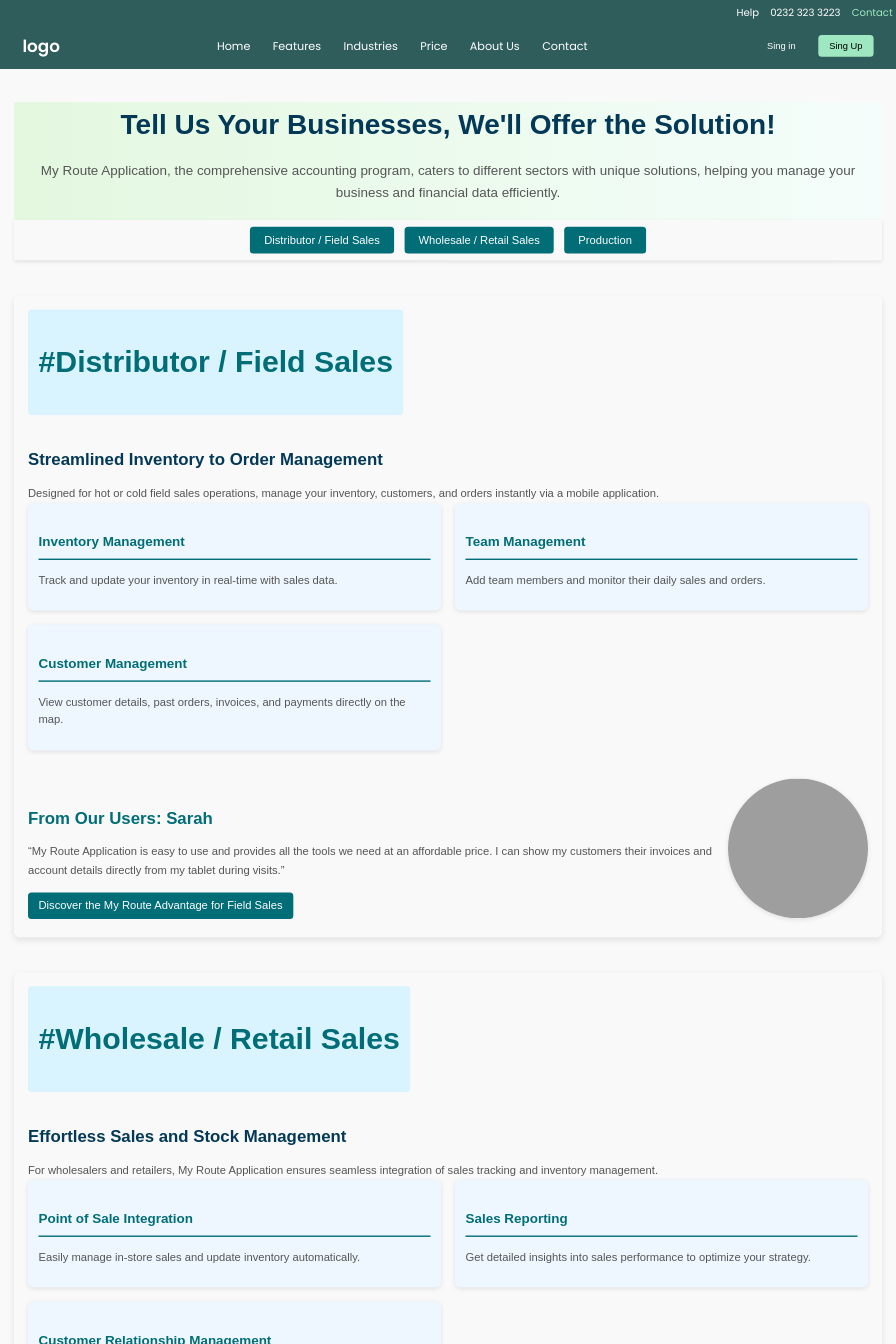
Repository: senolinanyasar/myrouteapplication
Page: /industries
These files come from the project's save history. The page is drawn as it stood at one moment and after the next save; the edit follows.
The browser window is 1280 px wide. The pictures show the part of the page from y = 0 to 1920 px (the page is 3764 px tall before and 3406 px after), at 70% of full size.
Pictures or frames that could not be fetched are drawn as grey boxes. The project was rebuilt for these pictures with package versions that can differ from the ones it lists, and the page was loaded fresh each time. Also part of the build but not shown: vite.config.js, src/components/HeroSection.css, src/components/HeroSection.js, src/components/FeaturesSection.css, src/components/FeaturesSection.js, src/components/PricingSection.css, src/components/PricingSection.js, src/components/SupportSection.css and 6 more.

Above is the page before, as saved 2024-11-17 22:48:01.

### src/index.css
@import url('https://fonts.googleapis.com/css2?family=Poppins:wght@400;600&display=swap');

body {
  font-family: 'Poppins', sans-serif;
  color: #264653;
  background-color: #f1faee;
  margin: 0;
  padding: 0;
  box-sizing: border-box;
}

code {
  font-family: source-code-pro, Menlo, Monaco, Consolas, 'Courier New',
    monospace;
}

### src/App.js
import React from 'react';
import { BrowserRouter as Router, Route, Routes } from 'react-router-dom';
import Header from './components/Header';
import HomePage from './components/HomePage';
import PricingPage from './components/PricingPage';
import TopBar from './components/TopBar';
import Footer from './components/Footer';
import IndustriesPage from './components/IndustriesPage';


function App() {
  return (
    <Router>
      <TopBar/>
      <Header />
      <Routes>
        <Route path='/' element={<HomePage />} />
        <Route path='/pricing' element={<PricingPage />} />
        <Route path='/industries' element={<IndustriesPage />} />
      </Routes>
      <Footer/>
    </Router>

  );
}

export default App;

### src/components/Header.js
// Header.js
import React from 'react';
import './Header.css';
import { Link } from 'react-router-dom';

const Header = () => {
    return (
        <header className="header">
            <div className="header-logo">logo</div>
            <nav className="header-nav">

                    <Link to="/">Home</Link>
                    <Link to="/features">Features</Link>
                    <Link to="/industries">Industries</Link>
                    <Link to="/pricing">Price</Link>
                    <Link to="/aboutus">About Us</Link>
                    <Link to="/contact">Contact</Link>



            </nav>
            <div className="header-buttons">
                <button className="login-button">Sing in</button>
                <button className="register-button">Sing Up</button>
            </div>
        </header>
    );
};


export default Header;

### src/components/TopBar.js
// TopBar.js
import React from 'react';
import './TopBar.css';

const TopBar = () => {
    return (
        <div className="top-bar">
            <div className="top-bar-content">
                <span>Help</span>
                <span>0232 323 3223</span>
                <a href="#contact">Contact</a>
            </div>
        </div>
    );
};

export default TopBar;

### src/components/Footer.js
// Footer.js

import React from 'react';
import './Footer.css';
import { FaFacebook, FaInstagram, FaLinkedin, FaTwitter, FaYoutube } from 'react-icons/fa';

const Footer = () => {
    return (
        <footer className="footer">
            <div className='footer-content'>
                <div className='footer-left'>
                    <div className='footer-logo'>
                        <h2>My Route Application</h2>
                    </div>
                    <p>Kazımdirik Mahallesi, Üniversite <br />Caddesi Ağaçlı Yol No: 37-39, <br />35100 Bornova/İzmir</p>
                    <div className='social-icons'>
                        <FaFacebook />
                        <FaTwitter />
                        <FaInstagram />
                        <FaLinkedin />
                        <FaYoutube />
                    </div>
                </div>

                <div className="footer-right">
                <br/><br/><br/><br/>
                    <div className='footer-section'>
                        <h4>Features</h4>
                        <ul>
                            <li>Location-Based Customer Search</li>
                            <li>Customer Management</li>
                            <li>Customer Tracking</li>
                            <li>Sales Tracking</li>
                            <li>Basic Accounting</li>
                            <li>Inventory Tracking</li>
                            <li>Reporting</li>
                        </ul>
                    </div>

                    <div className="footer-section">
                        <h4>Privileges</h4>
                        <ul>
                            <li>Industries</li>
                            <li>Pricing</li>
                            <li>Support</li>
                        </ul>
                    </div>

                    <div className="footer-section">
                        <h4>About Us</h4>
                        <ul>
                            <li>Privacy Policy</li>
                            <li>KVKK Disclosure Text</li>
                        </ul>
                    </div>
                </div>
            </div>

            <div className="footer-bottom">
                <p>&copy; 2024 My Route Application. All rights reserved.</p>
            </div>
        </footer>
    );
};

export default Footer;

### src/components/IndustriesPage.js
import React from "react";
import './IndustriesPage.css';

const industries = [
    {
        id: 'distributor',
        title: 'Distributor / Field Sales',
        header: 'Streamlined Inventory to Order Management',
        description:
            'Designed for hot or cold field sales operations, manage your inventory, customers, and orders instantly via a mobile application.',
        features: [
            {
                title: 'Inventory Management',
                description: 'Track and update your inventory in real-time with sales data.',
            },
            {
                title: 'Team Management',
                description: 'Add team members and monitor their daily sales and orders.',
            },
            {
                title: 'Customer Management',
                description:
                    'View customer details, past orders, invoices, and payments directly on the map.',
            },
        ],
        testimonial: {
            name: 'From Our Users: Sarah',
            feedback:
                '“My Route Application is easy to use and provides all the tools we need at an affordable price. I can show my customers their invoices and account details directly from my tablet during visits.”',
            button: 'Discover the My Route Advantage for Field Sales',
        },
    },
    {
        id: 'wholesale',
        title: 'Wholesale / Retail Sales',
        header: 'Effortless Sales and Stock Management',
        description:
            'For wholesalers and retailers, My Route Application ensures seamless integration of sales tracking and inventory management.',
        features: [
            {
                title: 'Point of Sale Integration',
                description: 'Easily manage in-store sales and update inventory automatically.',
            },
            {
                title: 'Sales Reporting',
                description:
                    'Get detailed insights into sales performance to optimize your strategy.',
            },
            {
                title: 'Customer Relationship Management',
                description: 'Build and nurture relationships with your customers effectively.',
            },
        ],
        testimonial: {
            name: 'From Our Users: John',
            feedback:
                '“My Route Application has revolutionized how we track and manage sales. It’s intuitive, reliable, and a great value for money.”',
            button: 'Discover the My Route Advantage for Retail',
        },
    },
    {
        id: 'production',
        title: 'Production',
        header: 'From Materials to Final Products',
        description:
            'Manage every stage of your production process efficiently, from raw materials to finished goods.',
        features: [
            {
                title: 'Raw Material Tracking',
                description:
                    'Track and manage your raw materials inventory to avoid shortages.',
            },
            {
                title: 'Production Scheduling',
                description: 'Plan and execute production schedules with precision.',
            },
            {
                title: 'Cost Analysis',
                description:
                    'Analyze production costs to optimize your budget and increase profitability.',
            },
        ],
        testimonial: {
            name: 'From Our Users: Linda',
            feedback:
                '“With My Route Application, managing our production pipeline has become so much easier. We can now track every stage of the process in real-time.”',
            button: 'Discover the My Route Advantage for Production',
        },
    },
];

const IndustriesPage = () => {
    return (
        <div className="industries-page">
            <div className="industries-header">
                <h1>Tell Us Your Businesses, We'll Offer the Solution!</h1>
                <p>My Route Application, the comprehensive accounting program, caters to different sectors with unique
                solutions, helping you manage your business and financial data efficiently.</p>
                <div className="industries-buttons">
                    {industries.map((industry) => (
                        <button
                            key={industry.id}
                            className="industry-button"
                            onClick={() => document.getElementById(industry.id).scrollIntoView({ behavior: 'smooth' })}
                        >
                            {industry.title}
                        </button>
                    ))}
                </div>
            </div>
            {industries.map((industry) => (
                <section key={industry.id} id={industry.id} className="industry-section">
                    <div className="industry-title-box">
                        <h2>#{industry.title}</h2>
                    </div>
                    <h3 className="industry-header">{industry.header}</h3>
                    <p className="industry-description">{industry.description}</p>
                    <div className="industry-features">
                        {industry.features.map((feature, index) => (
                            <div key={index} className="industry-feature">
                                <h4>{feature.title}</h4>
                                <div className="feature-divider"></div>
                                <p>{feature.description}</p>
                            </div>
                        ))}
                    </div>
                    <div className="industry-testimonial">
                        <div className="testimonial-text">
                            <h4>{industry.testimonial.name}</h4>
                            <p>{industry.testimonial.feedback}</p>
                            <button className="testimonial-button">{industry.testimonial.button}</button>
                        </div>
                        <div className="testimonial-image">
                            <img src={`images/${industry.id}.jpg`} alt={industry.testimonial.name} />
                        </div>
                    </div>
                </section>
            ))}
        </div>
    );
};


export default IndustriesPage;

### src/components/Header.css
/* Header.css */
.header{
    display: flex;
    justify-content: space-between;
    align-items: center;
    padding: 1rem 2rem;
    background-color: #2f5d5b;
    color: white;
    margin-top: 2rem;
    position: sticky;
    top: 2rem;
    z-index: 999;
}


.header-logo {
    font-size: 1.5rem;
    font-weight: bold;
}
.header-nav a{
    margin: 0 1rem;
    color: white;
    text-decoration: none;
}
.header-nav a:hover {
    color: #e9c46a;
  }

.header-buttons button{
    margin-left: 1rem;
    padding: 0.5rem 1rem;
    border: none;
    border-radius: 5px;
}

.login-button{
    background-color: #2f5d5b;
    color: white;
}

.register-button{
    background-color: #9fe7c0;
    color: black;
}

### src/components/TopBar.css
/* TopBar.css */

.top-bar {
    background-color: #2f5d5b;
    color: white;
    padding: 0.5rem;
    font-size: 0.9rem;
    display: flex;
    justify-content: center;
    position: fixed;
    top: 0;
    width: 99%;
    z-index: 1000;
}
.top-bar-content {
    display: flex;
    gap: 1rem;
    align-items: center;
    justify-content: flex-end;
    width: 100%;
}

.top-bar-content span{
    color: #ffffff;
}
.top-bar-content a{
    color: #9fe7c0;
    text-decoration: none;
    transition: color 0.3s;
}

.top-bar-content a:hover{
    color: #c3f2d0;
}

### src/components/Footer.css
/* Footer.css */

.footer {
    background-color: #264653;
    color: #ffffff;
    padding: 3rem 2rem;
}
.footer-content{
    display: flex;
    max-width: 1200px;
    justify-content: space-around;
    margin: 0 auto;
}

.footerleft{
    flex: 1;
    max-width: 300px;
}

.footer-logo h2{
    font-size: 1.5rem;
    color: #ffffff;
    margin-bottom: 2rem;
}


.footer-left p{
    color: #c3c3c3;
    font-size: 0.9rem;
    margin-bottom: 2.5rem;
}

.social-icons{
    display: flex;
    gap: 1rem;
    font-size: 1.2rem;
}


.social-icons svg{
    color: #9fe7c0;
    cursor: pointer;
    transition: color 0.3s ease;
}
.social-icons svg:hover {
    color: #c3f2d0;
}

.footer-right{
    display: flex;
    gap: 3rem;
    flex: 2;
    margin-left: 5rem;
}

.footer-section{
    text-align: left;
}
.footer-section h4{
    font-size: 1.2rem;
    color: #9fe7c0;
    margin-bottom: 1rem;
}
.footer-section ul{
    list-style: none;
    padding: 0;
    margin: 0;

}

.footer-section ul li{
    font-size: 0.9rem;
    margin-bottom: 0.5rem;
    color: #c3c3c3;
    cursor: pointer;
    transition: color 0.3s ease;
}

.footer-sectionul li:hover{
    color: #ffffff;
}

.footer-bottom{
    text-align: center;
    font-size: 0.8rem;
    color: #c3c3c3;
    margin-top: 2rem;
}

### src/components/IndustriesPage.css
/* IndustriesPage.css */

.industries-page {
    font-family: 'Arial', sans-serif;
    padding: 20px;
    line-height: 1.6;
    background-color: #f9f9f9;
}

.industries-header {
    text-align: center;
    margin-bottom: 30px;
    position: relative;
    z-index: 10;
    background: linear-gradient(to right, #e3f8df, #f4fdfb);
}

.industries-header h1 {
    font-size: 2.5rem;
    margin-bottom: 1rem;
    color: #033956;
}

.industries-header p {
    font-size: 1.2rem;
    color: #555;
    margin-bottom: 1.5rem;
}

.industries-buttons {
    display: flex;
    justify-content: center;
    gap: 15px;
    position: sticky;
    top: 0;
    z-index: 100;
    background-color: #f9f9f9;
    padding: 10px 0;
    box-shadow: 0 2px 5px rgba(0, 0, 0, 0.1);
}

.industry-button {
    padding: 10px 20px;
    border: none;
    border-radius: 5px;
    background-color: #006d77;
    color: #fff;
    cursor: pointer;
    font-size: 1rem;
    transition: background-color 0.3s;
}

.industry-button:hover {
    background-color: #005259;
}

.industry-section {
    padding: 20px;
    margin: 50px 0;
    background-color: #f9f9f9;
    border-radius: 8px;
    box-shadow: 0 4px 10px rgba(0, 0, 0, 0.1);
}

.industry-title-box {
    font-size: 1.8rem;
    background-color: #d9f3ff;
    color: #006d77;
    padding: 5px 15px;
    display: inline-block;
    border-radius: 5px;
    margin-bottom: 20px;
}

.industry-header {
    font-size: 1.5rem;
    margin-bottom: 10px;
    color: #033956;
    font-weight: bold;
}

.industry-description {
    font-size: 1rem;
    margin-bottom: 1.30px;
    color: #555;
}

.industry-features {
    display: grid;
    grid-template-columns: 1fr 1fr;
    gap: 20px;
    margin-bottom: 40px;
}
.industry-feature {
    background-color: #eef7ff;
    padding: 15px;
    border-radius: 8px;
    box-shadow: 0 2px 8px rgba(0, 0, 0, 0.1);
}
.industry-feature h4 {
    font-size: 1.2rem;
    margin-bottom: 8px;
    color: #006d77;

}

.feature-divider {
    width: 100%;
    height: 2px;
    background-color: #006d77;
    margin-bottom: 10px;
}
.industry-feature p {
    font-size: 1rem;
    color: #555;
}

.industry-testimonial {
    display: flex;
    justify-content: space-between;
    align-items: center;
    gap: 20px;
}

.testimonial-text {
    flex: 1;
}

.testimonial-text h4 {
    font-size: 1.5rem;
    margin-bottom: 10px;
    color: #006d77;
    margin-bottom: 10px;
}

.testimonial-text p {
    margin-bottom: 20px;
    color: #555;
    font-size: 1rem;
}

.testimonial-button {
    padding: 10px 15px;
    border: none;
    background-color: #006d77;
    color: white;
    border-radius: 5px;
    cursor: pointer;
    font-size: 1rem;
    transition: background-color 0.3s ease;
}
.testimonial-button:hover {
    background-color: #005f87;
}
.testimonial-image img {
    width: 200px;
    height: 200px;
    object-fit: cover;
    border-radius: 50%;
    box-shadow: 0 2px 8px rgba(0, 0, 0, 0.1);
}
footer {
    margin-top: 40px;
}

Loaded but not shown: public/index.html (common file); src/index.js (common file); src/reportWebVitals.js (common file)

After the next save:
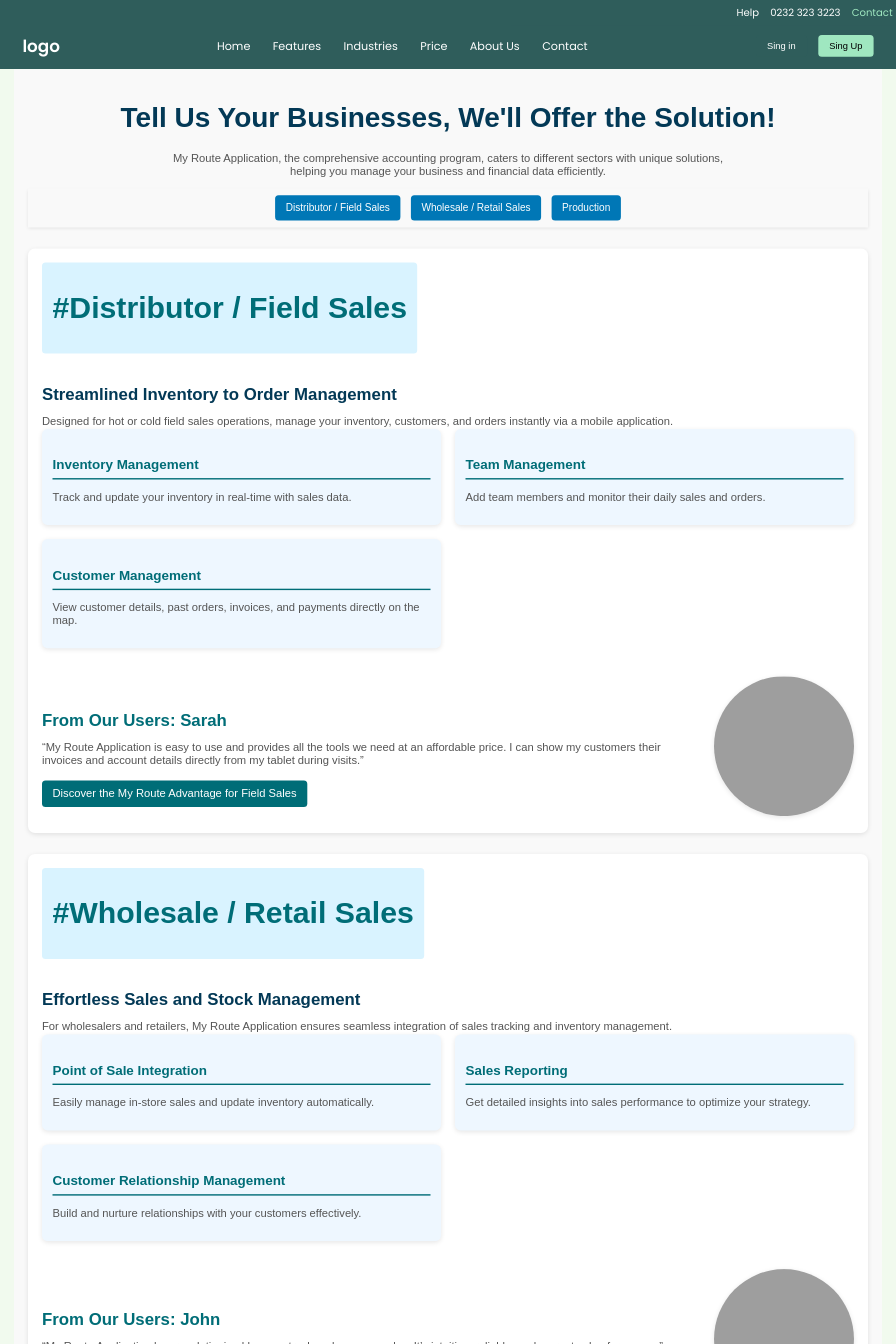
Saved 13 min 16 s later.
--- a/src/components/IndustriesPage.css
+++ b/src/components/IndustriesPage.css
@@ -3,28 +3,26 @@
 .industries-page {
     font-family: 'Arial', sans-serif;
     padding: 20px;
-    line-height: 1.6;
+    max-width: 1200px;
     background-color: #f9f9f9;
+    margin: 0 auto;
 }
 
 .industries-header {
     text-align: center;
     margin-bottom: 30px;
-    position: relative;
-    z-index: 10;
-    background: linear-gradient(to right, #e3f8df, #f4fdfb);
 }
 
 .industries-header h1 {
     font-size: 2.5rem;
-    margin-bottom: 1rem;
     color: #033956;
 }
 
 .industries-header p {
-    font-size: 1.2rem;
+    font-size: 1rem;
     color: #555;
-    margin-bottom: 1.5rem;
+    margin: 15px auto;
+    max-width: 800px;
 }
 
 .industries-buttons {
@@ -33,21 +31,21 @@
     gap: 15px;
     position: sticky;
     top: 0;
-    z-index: 100;
+    z-index: 10;
     background-color: #f9f9f9;
     padding: 10px 0;
     box-shadow: 0 2px 5px rgba(0, 0, 0, 0.1);
 }
 
 .industry-button {
-    padding: 10px 20px;
+    padding: 10px 15px;
     border: none;
     border-radius: 5px;
-    background-color: #006d77;
+    background-color: #0077b6;
     color: #fff;
     cursor: pointer;
-    font-size: 1rem;
-    transition: background-color 0.3s;
+    font-size: 0.9rem;
+
 }
 
 .industry-button:hover {
@@ -56,10 +54,10 @@
 
 .industry-section {
     padding: 20px;
-    margin: 50px 0;
-    background-color: #f9f9f9;
-    border-radius: 8px;
-    box-shadow: 0 4px 10px rgba(0, 0, 0, 0.1);
+    margin: 30px 0;
+    background: white;
+    border-radius: 10px;
+    box-shadow: 0 2px 8px rgba(0, 0, 0, 0.1);
 }
 
 .industry-title-box {
